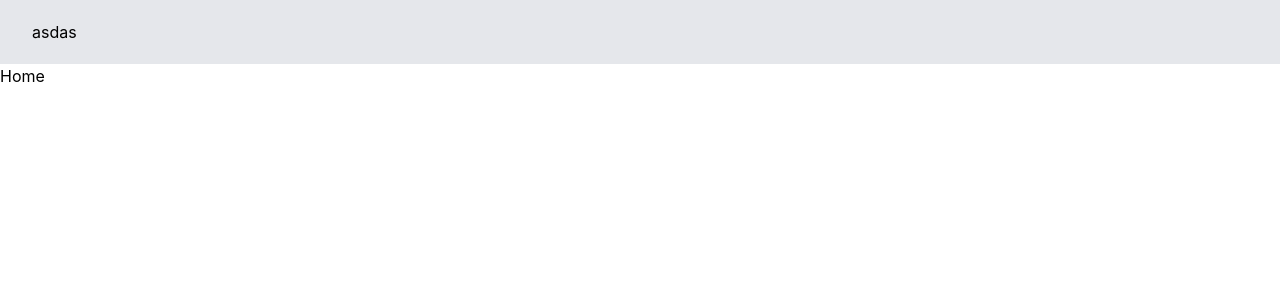
Repository: farrelmuhammad/real-estate-react
Page: /
The author's editor kept a copy of each file at every save. The page is drawn from the files as they stood at one save, then again after the next save.
The browser window is 1280 px wide. The pictures show the whole page.
The project was rebuilt for these pictures with package versions that can differ from the ones it lists, and the page was loaded fresh each time. Also part of the build but not shown: src/App.css.

Above is the page before, as saved 2023-02-06 18:24:02.

### src/App.js
import logo from "./logo.svg";
import "./App.css";
import { Route, Routes } from "react-router-dom";
import Home from "./pages/Home";

function App() {
  return (
    <Routes>
      <Route exact path="/" element={<Home />} />
    </Routes>
  );
}

export default App;

### src/pages/Home.jsx
import React from 'react'
import Navbar from '../components/Navbar'

const Home = () => {
    return (
        <>
            <Navbar />
            <div>Home</div>
        </>
    )
}

export default Home

### src/components/Navbar.jsx
import React from 'react'

const Navbar = () => {
    return (
        <>
            <nav class="bg-gray-200">
                <div class="max-w-7xl mx-auto px-2 sm:px-6 lg:px-8">
                    <div class="relative flex items-center justify-between h-16">
                        asdas
                    </div>
                </div>
            </nav>
        </>
    )
}

export default Navbar

Loaded but not shown: public/index.html (common file); src/index.js (common file); src/index.css (common file); src/reportWebVitals.js (common file); tailwind.config.js (common file)

After the next save:
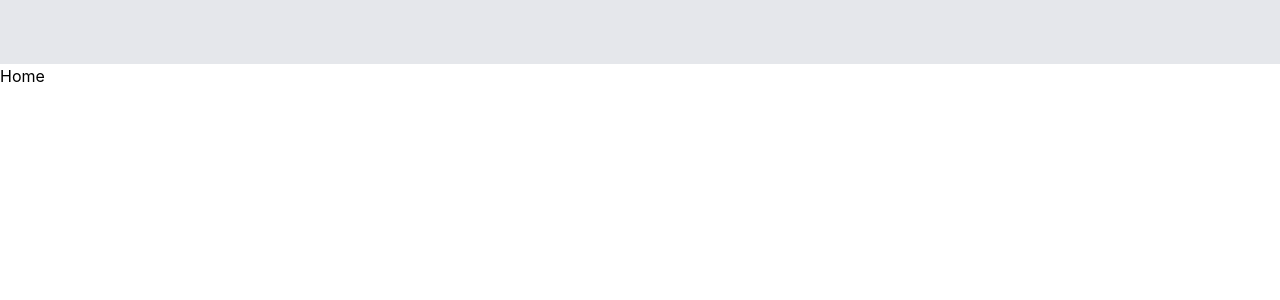
Saved 22 s later.
--- a/src/components/Navbar.jsx
+++ b/src/components/Navbar.jsx
@@ -6,7 +6,12 @@ const Navbar = () => {
             <nav class="bg-gray-200">
                 <div class="max-w-7xl mx-auto px-2 sm:px-6 lg:px-8">
                     <div class="relative flex items-center justify-between h-16">
-                        asdas
+                        <div class="absolute inset-y-0 left-0 flex items-center sm:hidden">
+                            a
+                        </div>
+                        <div class="absolute inset-y-0 left-0 flex items-center sm:hidden">
+                            a
+                        </div>
                     </div>
                 </div>
             </nav>
